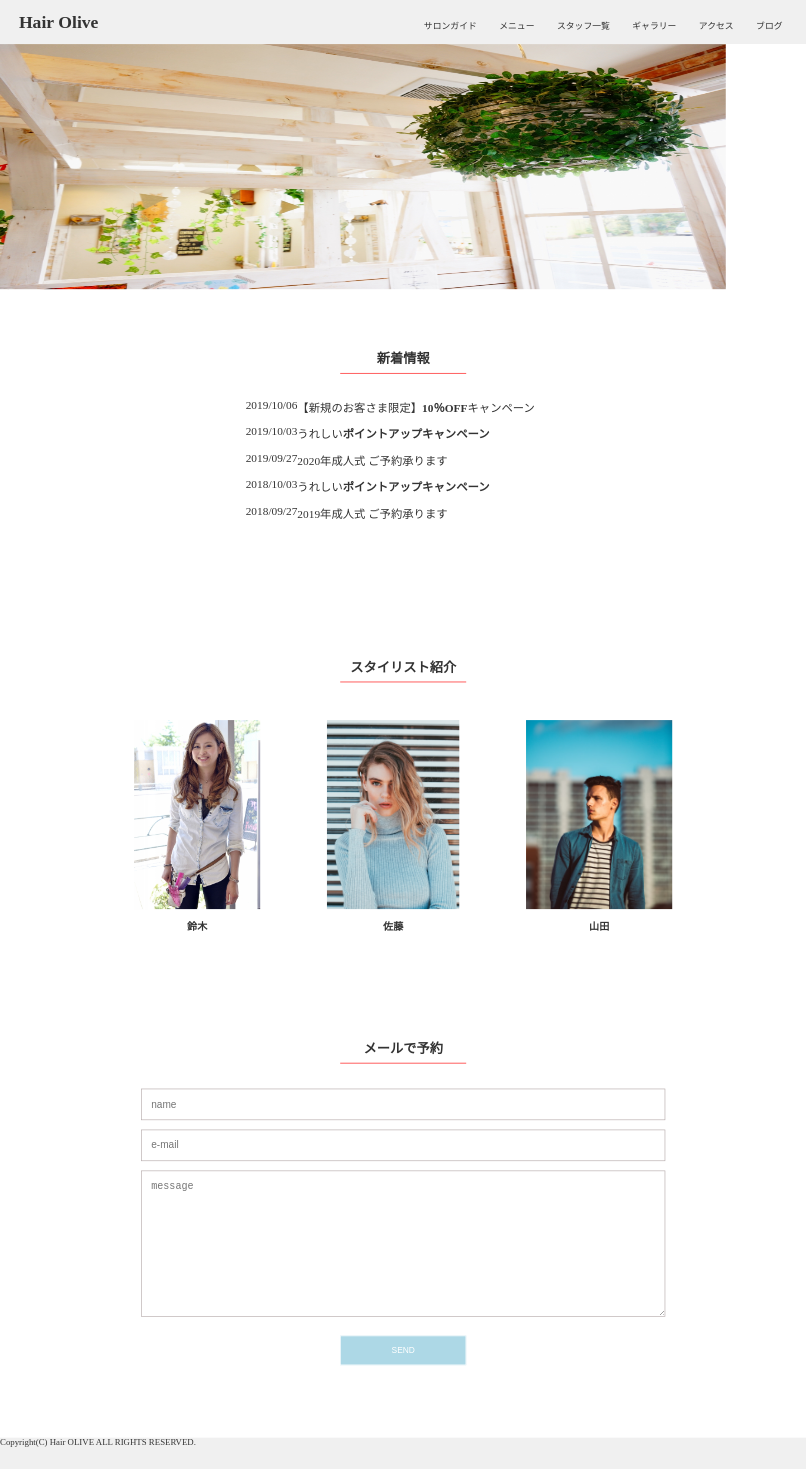
Repository: gorirawomen/first_app
Page: html_css/hair_olive/index.html
The author's editor kept a record of every edit. The page is drawn from the files as they stood at one moment, then again after the next edit.
The browser window is 1280 px wide. The pictures show the whole page, at 63% of full size.

Above is the page before.

### html_css/hair_olive/index.html
<!DOCTYPE HTML>
<html>
  <head>
    <meta charset="UTF-8">
    <link rel="stylesheet" href="style.css">
    <title>Hair OLIVE</title>
  </head>
  <body>
    <header>
      <div class="heading">
        <h1 class="title">Hair Olive</h1>
      </div>
      <div class="navbar">
        <ul class="nav-lists">
          <li>サロンガイド</li>
          <li>メニュー</li>
          <li>スタッフ一覧</li>
          <li>ギャラリー</li>
          <li>アクセス</li>
          <li>ブログ</li>
        </ul>
      </div>
    </header>

    <div class="contents">
      <div class="first-view">
        <img src="images/hero.jpg" alt="トップ画" class="top-image"></img>
        <!-- 『トップ画像』を表示する -->
      </div>
      <div class="upper-content">
        <h2 class="heading-name">新着情報</h2>
        <ul class="messages">
          <li class="message">
            <div class="message-date">2019/10/06</div>
            <div>【新規のお客さま限定】<b>10％OFF</b>キャンペーン</div>
          </li>
          <li class="message">
            <div class="message-date">2019/10/03</div>
            <div>うれしい<b>ポイントアップキャンペーン</b></div>
          </li>
          <li class="message">
            <div class="message-date">2019/09/27</div>
            <div>2020年成人式 ご予約承ります</div>
          </li>
          <li class="message">
            <div class="message-date">2018/10/03</div>
            <div>うれしい<b>ポイントアップキャンペーン</b></div>
          </li>
          <li class="message">
            <div class="message-date">2018/09/27</div>
            <div>2019年成人式 ご予約承ります</div>
          </li>
        </ul>
        <!-- 『新着情報』を表示する -->
      </div>
      <div class="middle-content">
                <h2 class="heading-name">スタイリスト紹介</h2>
        <ul class="stylist-list">
          <li>
            <img src="images/staff1.jpg" alt="staff1" class="stylist-image">
            <h4 class="stylist-name">鈴木</h4>
          </li>
          <li>
            <img src="images/staff2.jpg" alt="staff2" class="stylist-image">
            <h4 class="stylist-name">佐藤</h4>
          </li>
          <li>
            <img src="images/staff3.jpg" alt="staff3" class="stylist-image">
            <h4 class="stylist-name">山田</h4>
          </li>
        </ul>
        <!-- 『スタイリスト紹介』を表示する -->
      </div>
      <div class="bottom-content">
        <form class="contact-form">
          <h2 class="heading-name">メールで予約</h2>
          <input type="text" placeholder="name" class="small-field">
          <input type="text" placeholder="e-mail" class="small-field">
          <textarea placeholder="message" class="large-field"></textarea>
          <input type="submit" value="SEND" class="send">
        </form>
        <!-- 『フォーム』を表示する -->
      </div>
    </div>

    <footer
       <p>Copyright(C) Hair OLIVE ALL RIGHTS RESERVED.</p>
    </footer>
  </body>
</html>

### html_css/hair_olive/style.css
/* リセットCSS */
body {
  font-size: 14px;
  color: #333;
  margin: 0 auto;
}
h1,h2,h3,h4,h5,h6,p {
  padding: 10px 0;
  margin: 0;
}

ul,li {
  padding: 0;
  margin: 0;
}

/* ヘッダー */
header {
  height: 50px;
  background-color: #f0f0f0;
  display: flex;
  padding: 10px 0;
}

.heading {
  width: 50%;
  margin-left: 30px;
}

.navbar {
  width: 50%;
  padding: 20px;
}

.nav-lists {
  display: flex;
  justify-content: space-around;
}

li {
  list-style: none;
}

/* first-viewクラスからbottom-contentクラスまでの要素の親要素 */
.contents {
  background-color: white;
}

.first-view{
  height: 60vh;
}

.top-image {
  height: 90%;
  width: 90%;
}

/* 新着情報 */
.upper-content{
  height: 450px;
  margin: 0 160px;
}

.heading-name {
  text-align: center;
  border-bottom: 1px solid red;
  width: 200px;
  margin: 40px auto;
}

.messages {
  width: 50vw;
  margin: 0 auto;
}

.message {
  display: flex;
  font-size: 18px;
  margin: 0 0 16px 70px;
}

/* スタイリスト紹介 */
.middle-content{
  height: 450px;
  margin: 0 160px;
}

.stylist-list{
  display: flex;
  justify-content: space-around;
  margin: 60px 0;
}

.stylist-image {
  height: 300px;
}

.stylist-name {
  font-size: 16px;
  text-align: center;
}

/* フォーム */
.bottom-content {
  height: 800px;
  margin: 0 160px;
  display: flex;
  justify-content: center;
  align-items: center;
}

.small-field, .large-field {
  width: 800px;
  font-size: 16px;
  padding: 15px;
  border: 1px solid #b5aaaa;
  display: block;
}

.small-field {
  margin: 0 auto 15px;
}

.large-field {
  height: 200px;
  margin: 0 auto 30px;
}

.send {
  width: 200px;
  margin: 0 auto;
  padding: 15px;
  border: 1px solid white;
  background-color: lightblue;
  color:white;
  display: block;
}

/* フッター */
footer {
  height: 50px;
  background-color: #f0f0f0;
}

After the next edit:
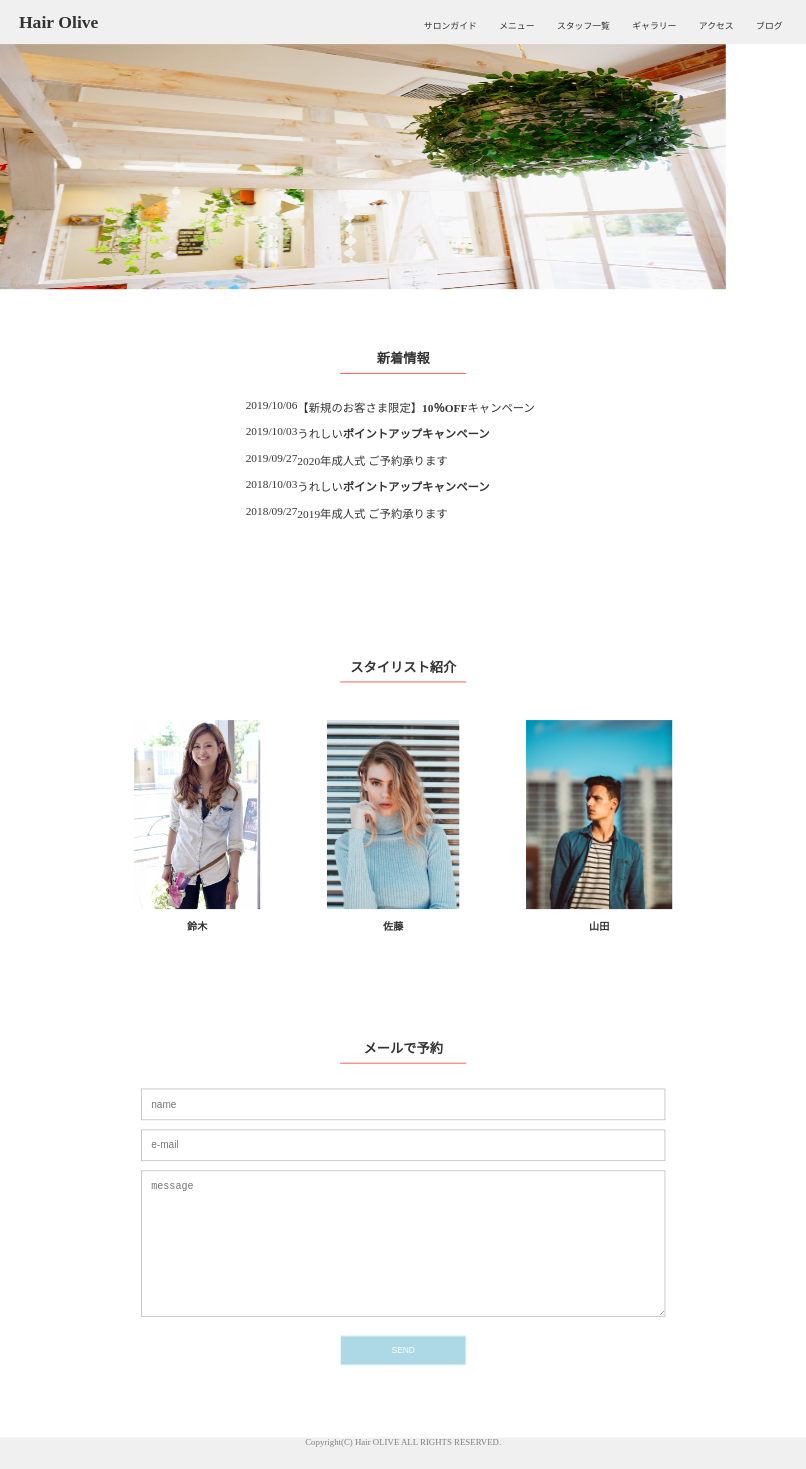
The edit:
--- a/html_css/hair_olive/style.css
+++ b/html_css/hair_olive/style.css
@@ -140,4 +140,6 @@
 footer {
   height: 50px;
   background-color: #f0f0f0;
+  text-align: center;
+  color: gray;
 }
